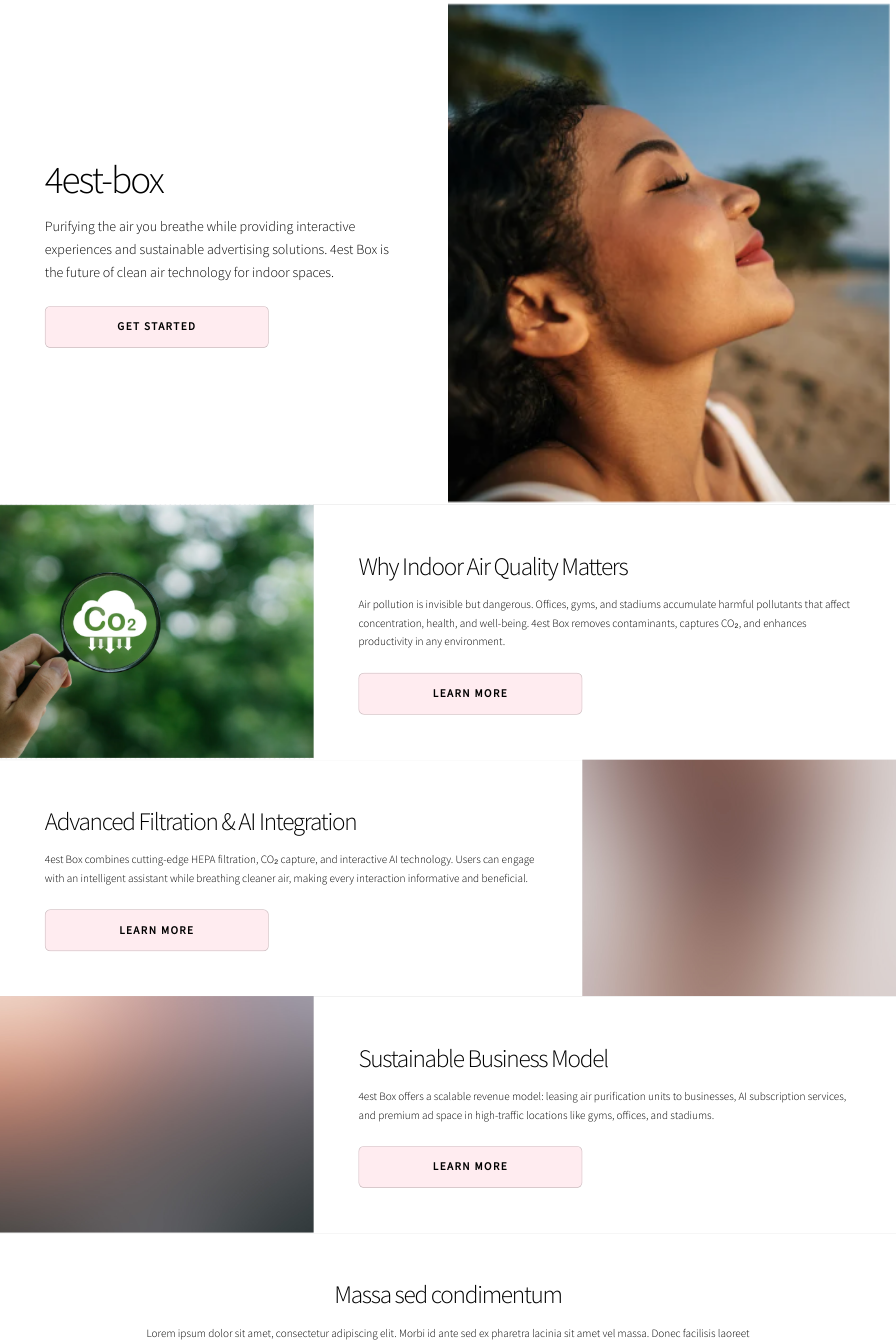
Repository: alejandroRdzGarza/4est-box-landing-page
Page: index.html
The author's editor kept a copy of each file at every save. The page is drawn from the files as they stood at one save, then again after a run of saves.
The browser window is 1280 px wide. The pictures show the part of the page from y = 0 to 1920 px (the page is 5689 px tall), at 70% of full size.

Above is the page before, as saved 2025-03-04 19:01:20.

After the next 4 saves:
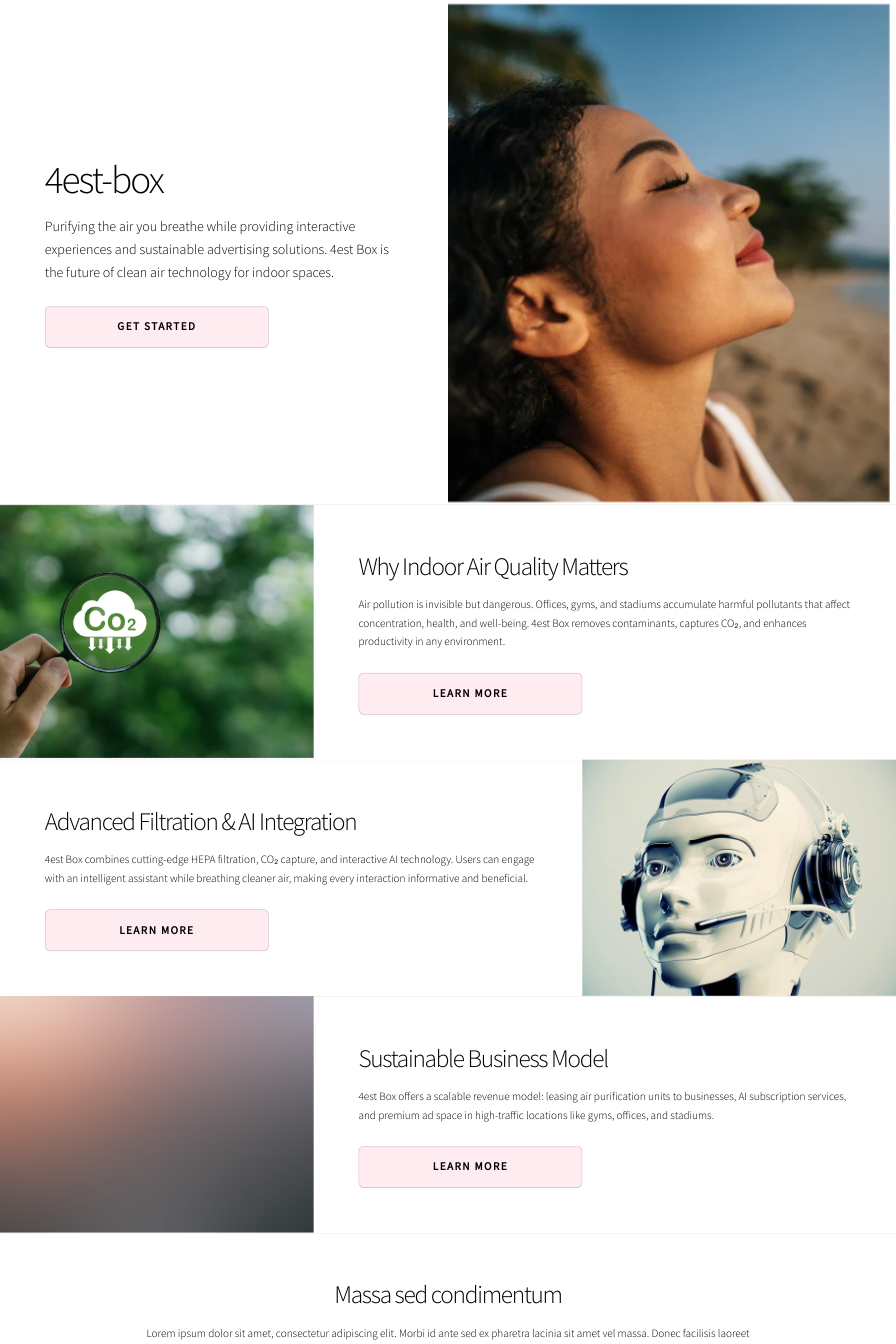
The 4 saves are shown as one change because they came seconds apart.
The last was saved 23 s later.
--- a/index.html
+++ b/index.html
@@ -56,7 +56,7 @@
 							</ul>
 						</div>
 						<div class="image">
-							<img src="images/spotlight02.jpg" alt="" />
+							<img src="images-landing/10.png" alt="" />
 						</div>
 					</section>
 
